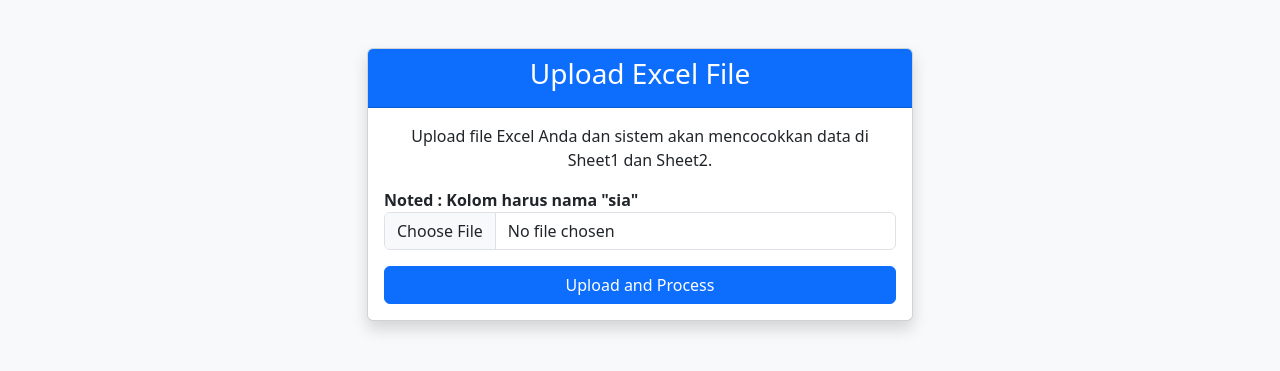
Repository: fatur04/Excel-Matching-Web-App
Page: http://localhost/
An editor plug-in stored every save of this project. The page is shown before and after the next save, followed by the edit.
The browser window is 1280 px wide. The pictures show the whole page.
The page is served by the project's application, run on Flask 3 (app.py).

Above is the page before, as saved 2024-11-04 21:41:56.

After the next save:
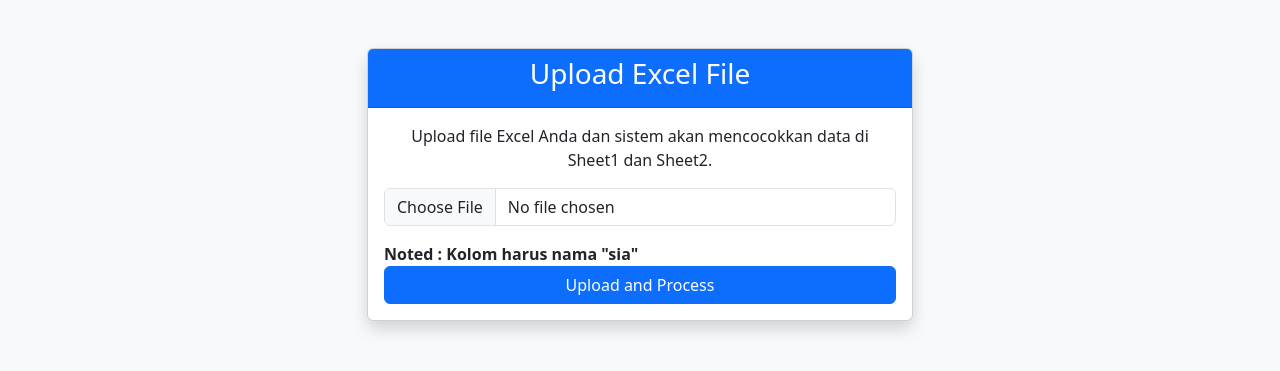
Saved 29 s later.
--- a/templates/index.html
+++ b/templates/index.html
@@ -17,11 +17,11 @@
                     </div>
                     <div class="card-body">
                         <p class="text-center">Upload file Excel Anda dan sistem akan mencocokkan data di Sheet1 dan Sheet2.</p>
-                        <b class="text-center">Noted : Kolom harus nama "sia"</b>
                         <form action="/upload" method="POST" enctype="multipart/form-data">
                             <div class="mb-3">
                                 <input type="file" name="file" accept=".xlsx" class="form-control" required>
                             </div>
+                            <b class="text-center">Noted : Kolom harus nama "sia"</b>
                             <div class="d-grid">
                                 <button type="submit" class="btn btn-primary">Upload and Process</button>
                             </div>
